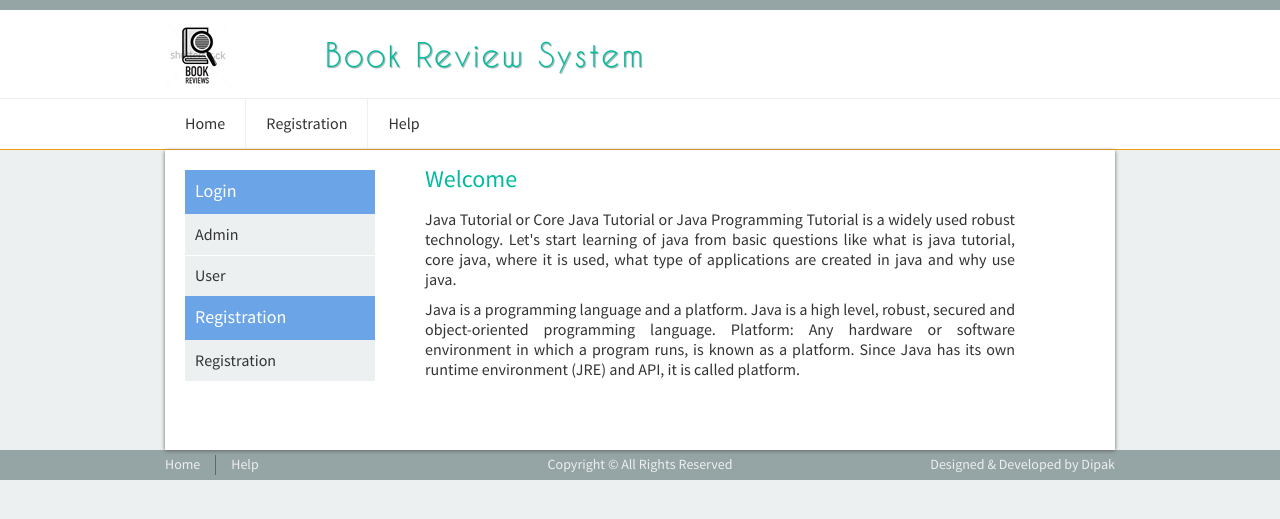
Repository: Dipak27/Dipak-s-front-end
Page: http://localhost/Traning_Management/
The author's editor kept a copy of each file at every save. The page is drawn from the files as they stood at one save, then again after the next save.
The browser window is 1280 px wide. The pictures show the whole page.
The page is served by Tomcat 9.

Above is the page before, as saved 2016-11-09 03:54:08.

After the next save:
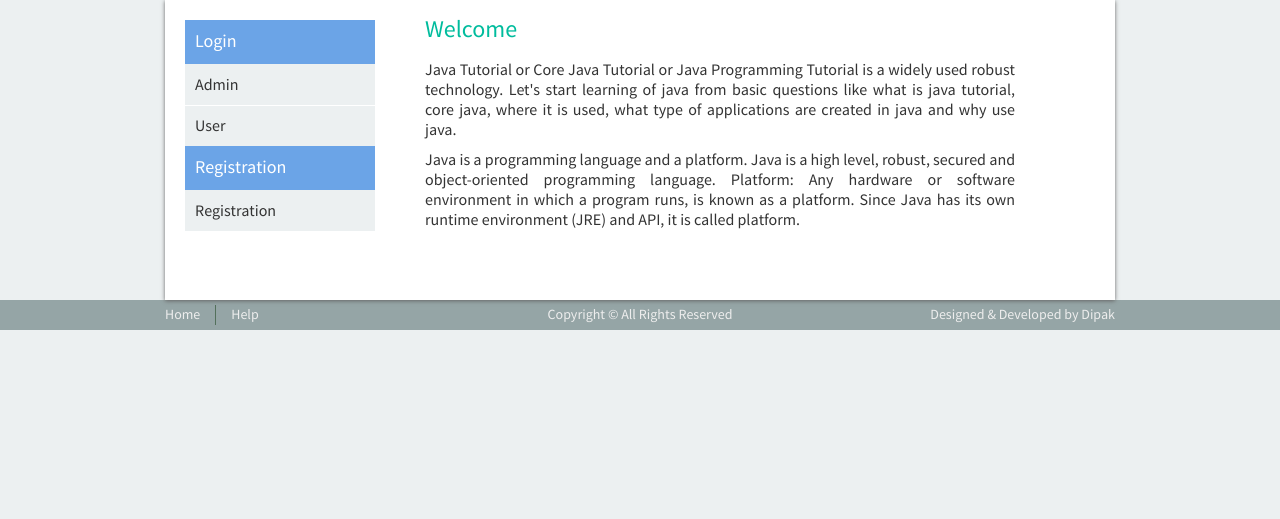
Saved 16 s later.
--- a/Training Management Project/Traning_Management/src/main/webapp/index.jsp
+++ b/Training Management Project/Traning_Management/src/main/webapp/index.jsp
@@ -18,48 +18,7 @@
 		</script>
 	</head>
 <body>
-	<!-- HEADER START -->
-	<div class="header">
-		<div class="dark-nav">
-			<div class="container_24">
-				<div class="grid_12">
-					<ul class="nav-alt">
-					<li>
 
-						<a href=""><b></b></a>
-					</ul>
-				</div>
-				<div class="grid_12">
-
-				</div>
-				<div class="clear"></div>
-			</div>
-		</div>
-
-		<div class="container_24">
-			<div class="grid_4">
-				<img alt="logo" src="images/bookreview.png" class="img-logo" />
-			</div>
-			<div class="grid_20">
-				<h1 class="title">Book Review System</h1>
-			</div>
-			<div class="clear"></div>
-		</div>
-
-		<div class="nav-main-container">
-			<div class="container_24">
-				<div class="grid_24">
-					<ul id="topmenunav" class="nav-main">
-						<li><a rel="home" href=""index.jsp"">Home</a></li>
-						<li><a rel="registration" href="registration.jsp">Registration</a></li>
-						<li><a rel="help" href="#">Help</a></li>
-					</ul>
-				</div>
-				<div class="clear"></div>
-			</div>
-		</div>
-	</div>
-	<!-- HEADER END -->
 
 
 	<!-- CONTENTS START -->
